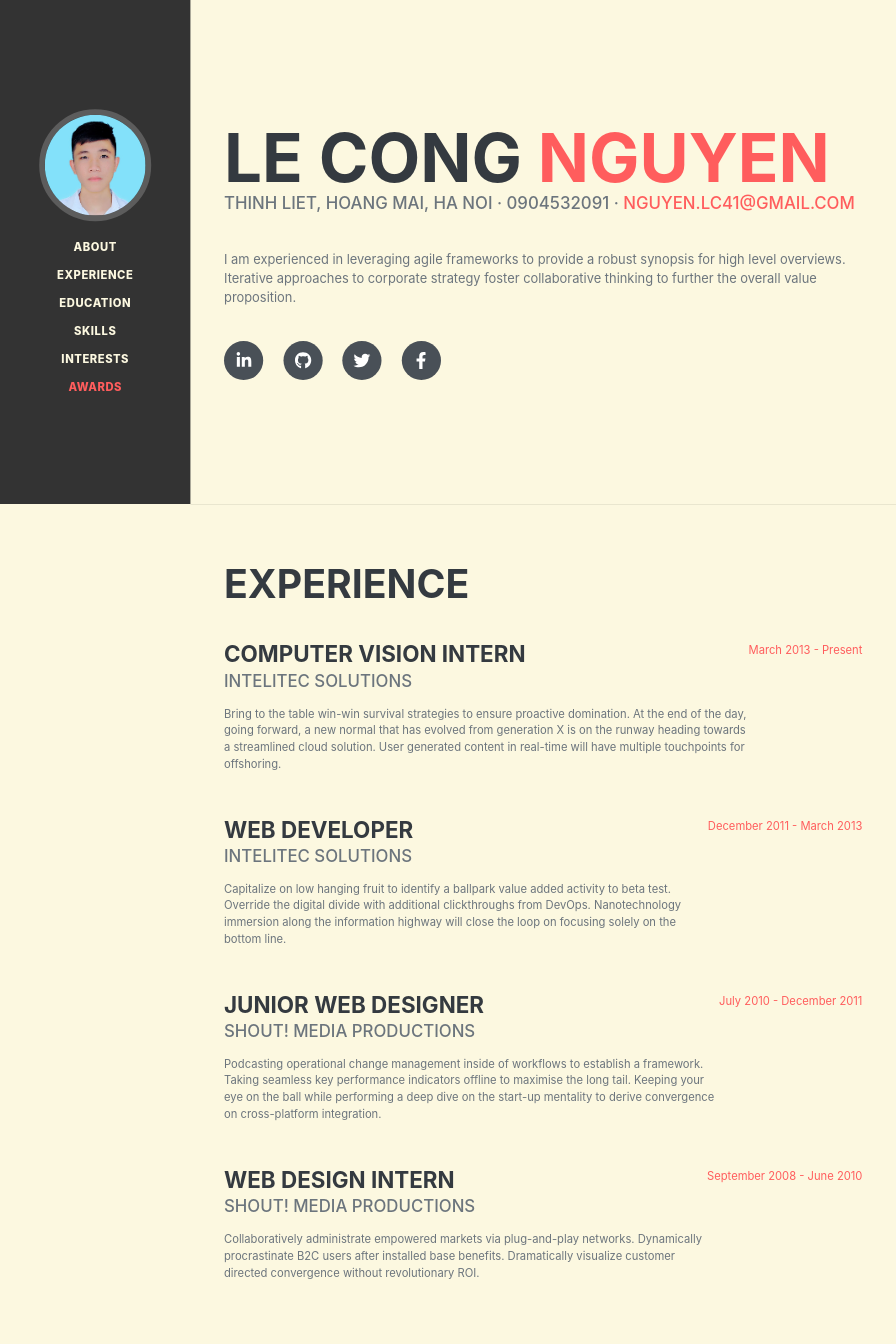
Repository: nguyenlcc/Online-CV
Page: index.html
These files come from the project's save history. The page is drawn as it stood at one moment and after the next save; the edit follows.
The browser window is 1280 px wide. The pictures show the part of the page from y = 0 to 1920 px (the page is 4810 px tall), at 70% of full size.
Some web fonts or font styles are not loaded; a fallback is used. Some web libraries are served in a nearby version.

Above is the page before, as saved 2022-05-23 00:07:10.

After the next save:
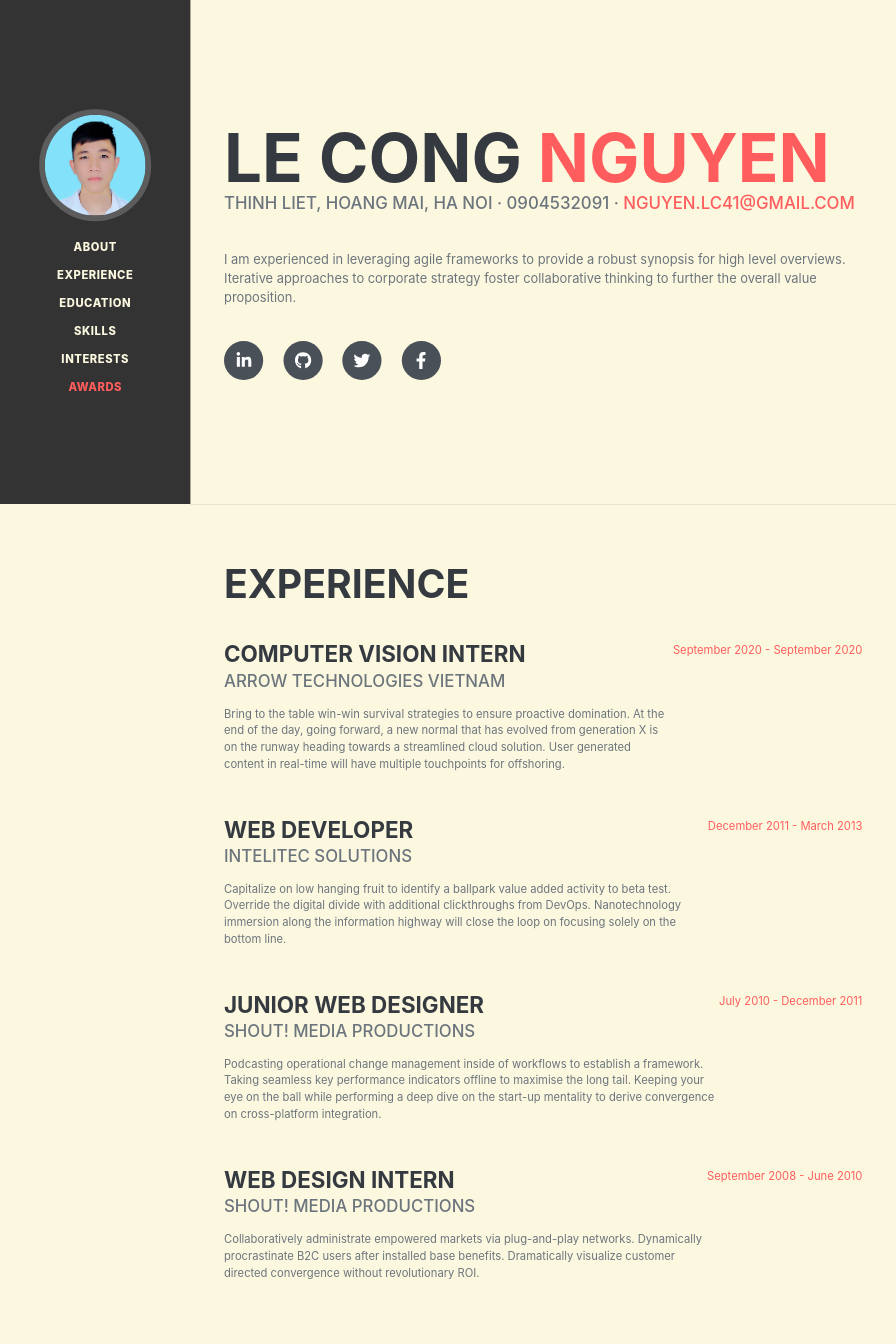
Saved 2 min 0 s later.
--- a/index.html
+++ b/index.html
@@ -125,7 +125,7 @@
           >
             <div class="flex-grow-1">
               <h3 class="mb-0">Computer Vision Intern</h3>
-              <div class="subheading mb-3">Intelitec Solutions</div>
+              <div class="subheading mb-3">Arrow Technologies VietNam</div>
               <p>
                 Bring to the table win-win survival strategies to ensure
                 proactive domination. At the end of the day, going forward, a
@@ -136,7 +136,7 @@
               </p>
             </div>
             <div class="flex-shrink-0">
-              <span class="text-primary">March 2013 - Present</span>
+              <span class="text-primary">September 2020 - September 2020</span>
             </div>
           </div>
           <div
